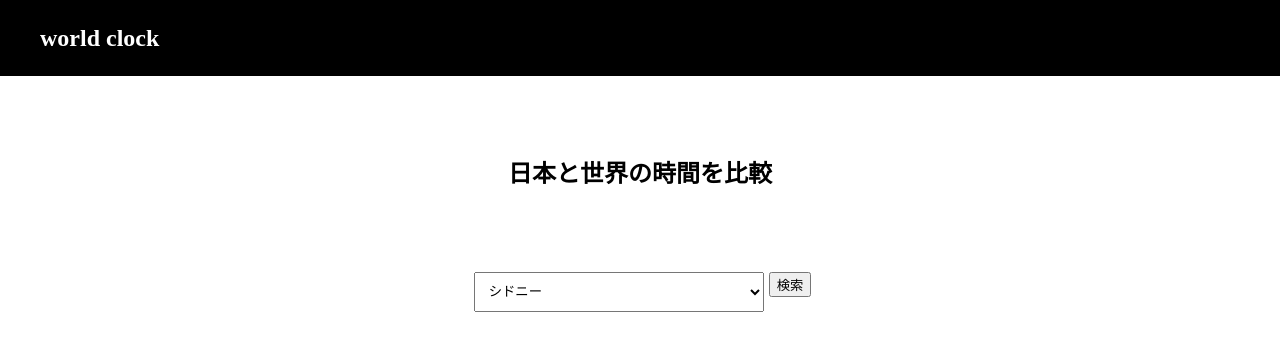
Repository: kay4300/php05-test
Page: http://localhost/
An editor plug-in stored every save of this project. The page is shown before and after the next save, followed by the edit.
The browser window is 1280 px wide. The pictures show the whole page.
The page is run by PHP 8.4 with error messages shown; the project is at /var/www/html/.

Above is the page before, as saved 2025-08-15 13:38:32.

### src/php02/index.php
<!DOCTYPE html>
<html lang="en">

<head>
    <meta charset="UTF-8">
    <meta http-equiv="X-UA-Compatible" content="IE=edge">
    <meta name="viewport" content="width=device-width, initial-scale=1.0">
    <title>Document</title>
    <link rel="stylesheet" href="css/sanitize.css">
    <link rel="stylesheet" href="css/common.css">
    <link rel="stylesheet" href="css/index.css">
</head>

<body>
    <header class="header">
        <div class="header_inner">
            <a class="header_logo" href="/php02/index.php">
                world clock
            </a>
        </div>
    </header>

    <main>
        <div class="search-form_content">
            <h2 class="search-form_content-title">日本と世界の時間を比較</h2>
        </div>
        <form class="search-form" action="result.php" method="GET">
               <div class="search-form_item">
                   <select class="search-form_item-select" name="city">
                        <option value="シドニー">シドニー</option>
                        <option value="上海">上海</option>
                        <option value="モスクワ">モスクワ</option>
                        <option value="ロンドン">ロンドン</option>
                        <option value="ヨハネスブルグ">ヨハネスブルグ</option>
                        < option value="ニューヨーク">ニューヨーク</option>
                    </select>
                </div>
                <div class="search-form_button">
                    <button class="search-form_button-submit" type="submit">検索</button>
                </div>
        </form>
    </main>

</body>

</html>

### src/php02/css/sanitize.css
/* Document
* ========================================================================== */

/**
* Add border box sizing in all browsers (opinionated).
*/

*,
::before,
::after {
    box-sizing: border-box;
}

/**
* 1. Add text decoration inheritance in all browsers (opinionated).
* 2. Add vertical alignment inheritance in all browsers (opinionated).
*/

::before,
::after {
    vertical-align: inherit;
    /* 2 */
    text-decoration: inherit;
    /* 1 */
}

/**
* 1. Use the default cursor in all browsers (opinionated).
* 2. Change the line height in all browsers (opinionated).
* 3. Use a 4-space tab width in all browsers (opinionated).
* 4. Remove the grey highlight on links in iOS (opinionated).
* 5. Prevent adjustments of font size after orientation changes in
*    IE on Windows Phone and in iOS.
* 6. Breaks words to prevent overflow in all browsers (opinionated).
*/

html {
    word-break: break-word;
    /* 6 */
    -moz-tab-size: 4;
    /* 3 */
    tab-size: 4;
    /* 3 */
    line-height: 1.5;
    /* 2 */
    cursor: default;
    /* 1 */

    -webkit-tap-highlight-color: transparent
        /* 4 */
    ;
    -ms-text-size-adjust: 100%;
    /* 5 */
    -webkit-text-size-adjust: 100%;
    /* 5 */
}

/* Sections
* ========================================================================== */

/**
* Remove the margin in all browsers (opinionated).
*/

body {
    margin: 0;
}

/**
* Correct the font size and margin on `h1` elements within `section` and
* `article` contexts in Chrome, Edge, Firefox, and Safari.
*/

h1 {
    margin: 0.67em 0;
    font-size: 2em;
}

/* Grouping content
* ========================================================================== */

/**
* Remove the margin on nested lists in Chrome, Edge, IE, and Safari.
*/

dl dl,
dl ol,
dl ul,
ol dl,
ul dl {
    margin: 0;
}

/**
* Remove the margin on nested lists in Edge 18- and IE.
*/

ol ol,
ol ul,
ul ol,
ul ul {
    margin: 0;
}

/**
* 1. Add the correct sizing in Firefox.
* 2. Show the overflow in Edge 18- and IE.
*/

hr {
    overflow: visible;
    /* 2 */
    height: 0;
    /* 1 */
}

/**
* Add the correct display in IE.
*/

main {
    display: block;
}

/**
* Remove the list style on navigation lists in all browsers (opinionated).
*/

nav ol,
nav ul {
    padding: 0;
    list-style: none;
}

/**
* 1. Correct the inheritance and scaling of font size in all browsers.
* 2. Correct the odd `em` font sizing in all browsers.
*/

pre {
    font-size: 1em;
    /* 2 */
    font-family: monospace, monospace;
    /* 1 */
}

/* Text-level semantics
* ========================================================================== */

/**
* Remove the gray background on active links in IE 10.
*/

a {
    background-color: transparent;
}

/**
* Add the correct text decoration in Edge 18-, IE, and Safari.
*/

abbr[title] {
    text-decoration: underline;
    text-decoration: underline dotted;
}

/**
* Add the correct font weight in Chrome, Edge, and Safari.
*/

b,
strong {
    font-weight: bolder;
}

/**
* 1. Correct the inheritance and scaling of font size in all browsers.
* 2. Correct the odd `em` font sizing in all browsers.
*/

code,
kbd,
samp {
    font-size: 1em;
    /* 2 */
    font-family: monospace, monospace;
    /* 1 */
}

/**
* Add the correct font size in all browsers.
*/

small {
    font-size: 80%;
}

/* Embedded content
* ========================================================================== */

/*
* Change the alignment on media elements in all browsers (opinionated).
*/

audio,
canvas,
iframe,
img,
svg,
video {
    vertical-align: middle;
}

/**
* Add the correct display in IE 9-.
*/

audio,
video {
    display: inline-block;
}

/**
* Add the correct display in iOS 4-7.
*/

audio:not([controls]) {
    display: none;
    height: 0;
}

/**
* Remove the border on iframes in all browsers (opinionated).
*/

iframe {
    border-style: none;
}

/**
* Remove the border on images within links in IE 10-.
*/

img {
    border-style: none;
}

/**
* Change the fill color to match the text color in all browsers (opinionated).
*/

svg:not([fill]) {
    fill: currentColor;
}

/**
* Hide the overflow in IE.
*/

svg:not(:root) {
    overflow: hidden;
}

/* Tabular data
* ========================================================================== */

/**
* Collapse border spacing in all browsers (opinionated).
*/

table {
    border-collapse: collapse;
}

/* Forms
* ========================================================================== */

/**
* Remove the margin on controls in Safari.
*/

button,
input,
select {
    margin: 0;
}

/**
* 1. Show the overflow in IE.
* 2. Remove the inheritance of text transform in Edge 18-, Firefox, and IE.
*/

button {
    overflow: visible;
    /* 1 */
    text-transform: none;
    /* 2 */
}

/**
* Correct the inability to style buttons in iOS and Safari.
*/

button,
[type="button"],
[type="reset"],
[type="submit"] {
    -webkit-appearance: button;
}

/**
* 1. Change the inconsistent appearance in all browsers (opinionated).
* 2. Correct the padding in Firefox.
*/

fieldset {
    padding: 0.35em 0.75em 0.625em;
    /* 2 */
    border: 1px solid #a0a0a0;
    /* 1 */
}

/**
* Show the overflow in Edge 18- and IE.
*/

input {
    overflow: visible;
}

/**
* 1. Correct the text wrapping in Edge 18- and IE.
* 2. Correct the color inheritance from `fieldset` elements in IE.
*/

legend {
    display: table;
    /* 1 */
    max-width: 100%;
    /* 1 */
    color: inherit;
    /* 2 */
    white-space: normal;
    /* 1 */
}

/**
* 1. Add the correct display in Edge 18- and IE.
* 2. Add the correct vertical alignment in Chrome, Edge, and Firefox.
*/

progress {
    display: inline-block;
    /* 1 */
    vertical-align: baseline;
    /* 2 */
}

/**
* Remove the inheritance of text transform in Firefox.
*/

select {
    text-transform: none;
}

/**
* 1. Remove the margin in Firefox and Safari.
* 2. Remove the default vertical scrollbar in IE.
* 3. Change the resize direction in all browsers (opinionated).
*/

textarea {
    overflow: auto;
    /* 2 */
    margin: 0;
    /* 1 */
    resize: vertical;
    /* 3 */
}

/**
* Remove the padding in IE 10-.
*/

[type="checkbox"],
[type="radio"] {
    padding: 0;
}

/**
* 1. Correct the odd appearance in Chrome, Edge, and Safari.
* 2. Correct the outline style in Safari.
*/

[type="search"] {
    outline-offset: -2px;
    /* 2 */

    -webkit-appearance: textfield;
    /* 1 */
}

/**
* Correct the cursor style of increment and decrement buttons in Safari.
*/

::-webkit-inner-spin-button,
::-webkit-outer-spin-button {
    height: auto;
}

/**
* Correct the text style of placeholders in Chrome, Edge, and Safari.
*/

::-webkit-input-placeholder {
    color: inherit;
    opacity: 0.54;
}

/**
* Remove the inner padding in Chrome, Edge, and Safari on macOS.
*/

::-webkit-search-decoration {
    -webkit-appearance: none;
}

/**
* 1. Correct the inability to style upload buttons in iOS and Safari.
* 2. Change font properties to `inherit` in Safari.
*/

::-webkit-file-upload-button {
    font: inherit;
    /* 2 */

    -webkit-appearance: button;
    /* 1 */
}

/**
* Remove the inner border and padding of focus outlines in Firefox.
*/

::-moz-focus-inner {
    padding: 0;
    border-style: none;
}

/**
* Restore the focus outline styles unset by the previous rule in Firefox.
*/

:-moz-focusring {
    outline: 1px dotted ButtonText;
}

/**
* Remove the additional :invalid styles in Firefox.
*/

:-moz-ui-invalid {
    box-shadow: none;
}

/* Interactive
* ========================================================================== */

/*
* Add the correct display in Edge 18- and IE.
*/

details {
    display: block;
}

/*
* Add the correct styles in Edge 18-, IE, and Safari.
*/

dialog {
    position: absolute;
    right: 0;
    left: 0;
    display: block;
    margin: auto;
    padding: 1em;
    width: -moz-fit-content;
    width: -webkit-fit-content;
    width: fit-content;
    height: -moz-fit-content;
    height: -webkit-fit-content;
    height: fit-content;
    border: solid;
    background-color: white;
    color: black;
}

dialog:not([open]) {
    display: none;
}

/*
* Add the correct display in all browsers.
*/

summary {
    display: list-item;
}

/* Scripting
* ========================================================================== */

/**
* Add the correct display in IE 9-.
*/

canvas {
    display: inline-block;
}

/**
* Add the correct display in IE.
*/

template {
    display: none;
}

/* User interaction
* ========================================================================== */

/*
* 1. Remove the tapping delay in IE 10.
* 2. Remove the tapping delay on clickable elements
in all browsers (opinionated).
*/

a,
area,
button,
input,
label,
select,
summary,
textarea,
[tabindex] {
    -ms-touch-action: manipulation;
    /* 1 */
    touch-action: manipulation;
    /* 2 */
}

/**
* Add the correct display in IE 10-.
*/

[hidden] {
    display: none;
}

/* Accessibility
* ========================================================================== */

/**
* Change the cursor on busy elements in all browsers (opinionated).
*/

[aria-busy="true"] {
    cursor: progress;
}

/*
* Change the cursor on control elements in all browsers (opinionated).
*/

[aria-controls] {
    cursor: pointer;
}

/*
* Change the cursor on disabled, not-editable, or otherwise
* inoperable elements in all browsers (opinionated).
*/

[aria-disabled="true"],
[disabled] {
    cursor: not-allowed;
}

/*
* Change the display on visually hidden accessible elements
* in all browsers (opinionated).
*/

[aria-hidden="false"][hidden] {
    display: initial;
}

[aria-hidden="false"][hidden]:not(:focus) {
    position: absolute;
    clip: rect(0, 0, 0, 0);
}

### src/php02/css/common.css
.header {
    background: #000;
}

.header_inner {
    margin: 0 auto;
    padding: 20px 15px;
    max-width: 1230px;
}

.header_logo {
    color: #fff;
    text-decoration: none;
    font-weight: bold;
    font-size: 24px;
}

### src/php02/css/index.css
.search-form_content {
    margin: 0 auto;
    padding: 60px 15px;
    max-width: 1230px;
}

.search-form_content-title {
    text-align: center;
}

.search-form {
    display: flex;
    justify-content: center;
}

.search-form_item {
    padding: 0 5px;
    width: 300px;
}

.search-form_item-select {
    padding: 10px;
    width: 100%;
    height: 40px;
    border: ;
}

After the next save:
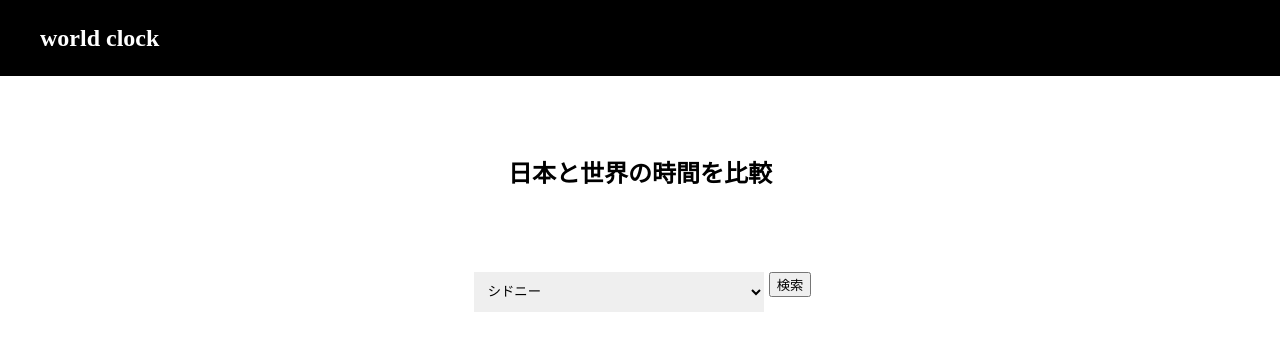
Saved 4 s later.
--- a/src/php02/css/index.css
+++ b/src/php02/css/index.css
@@ -22,5 +22,5 @@
     padding: 10px;
     width: 100%;
     height: 40px;
-    border: ;
+    border: 1px ;
 }
